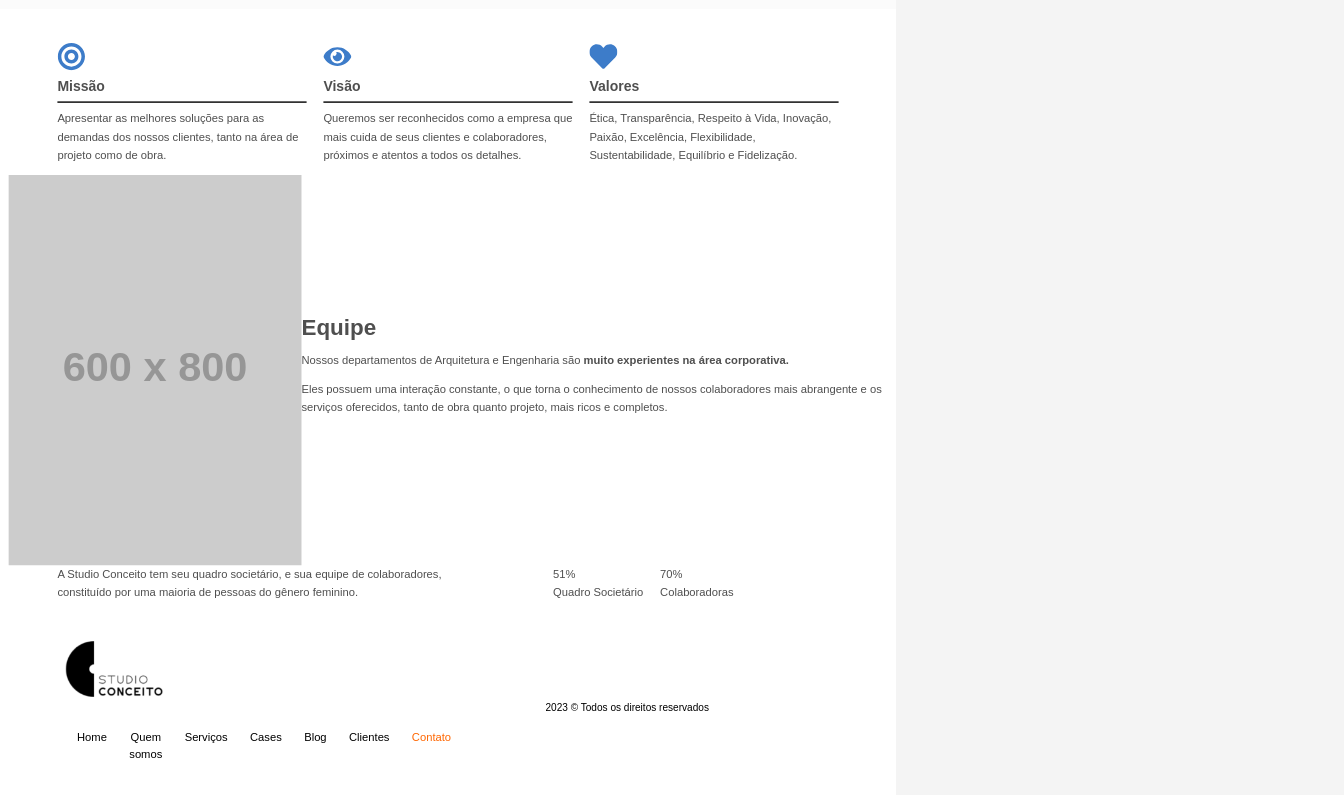
Repository: Upstairs-Agencia/studio-conceito-react
Page: /quem-somos
An editor plug-in stored every save of this project. The page is shown before and after the next save, followed by the edit.
The browser window is 1280 px wide. The page is 1920 px wide, so the pictures cover 1920 px, including what lies to the right of the window. The pictures show the part of the page from y = 2147 to 3427 px (the page is 3283 px tall before and 3675 px after), at 70% of full size.
The project was rebuilt for these pictures with package versions that can differ from the ones it lists, and the page was loaded fresh each time. Also part of the build but not shown: src/pages/Home.js, src/pages/Servicos.js, src/styles/cases.css, src/pages/Cases.js, src/pages/Blog.js, src/pages/Clientes.js, src/pages/Contato.js.

Above is the page before, as saved 2024-12-29 12:46:11.

### public/index.html
<!DOCTYPE html>
<html lang="en">
  <head>
    <meta charset="utf-8" />
    <link rel="icon" href="%PUBLIC_URL%/favicon.ico" />
    <meta name="viewport" content="width=device-width, initial-scale=1" />
    <meta name="theme-color" content="#000000" />
    <meta
      name="description"
      content="Web site created using create-react-app"
    />
    <link rel="apple-touch-icon" href="%PUBLIC_URL%/logo192.png" />
    <!--
      manifest.json provides metadata used when your web app is installed on a
      user's mobile device or desktop. See https://developers.google.com/web/fundamentals/web-app-manifest/
    -->
    <link rel="manifest" href="%PUBLIC_URL%/manifest.json" />
    <!--
      Notice the use of %PUBLIC_URL% in the tags above.
      It will be replaced with the URL of the `public` folder during the build.
      Only files inside the `public` folder can be referenced from the HTML.

      Unlike "/favicon.ico" or "favicon.ico", "%PUBLIC_URL%/favicon.ico" will
      work correctly both with client-side routing and a non-root public URL.
      Learn how to configure a non-root public URL by running `npm run build`.
    -->
    <title>Studio Conceito</title>
  </head>
  <body>
    <noscript>You need to enable JavaScript to run this app.</noscript>
    <div id="root"></div>
    <!--
      This HTML file is a template.
      If you open it directly in the browser, you will see an empty page.

      You can add webfonts, meta tags, or analytics to this file.
      The build step will place the bundled scripts into the <body> tag.

      To begin the development, run `npm start` or `yarn start`.
      To create a production bundle, use `npm run build` or `yarn build`.
    -->
  </body>
</html>

### src/index.js

import React from 'react';
import ReactDOM from 'react-dom';
import App from './App';
import 'mdb-react-ui-kit/dist/css/mdb.min.css'; // MDB styles
import './index.css'; // Global styles

ReactDOM.render(
  <React.StrictMode>
    <App />
  </React.StrictMode>,
  document.getElementById('root')
);

### src/App.js

import React from 'react';
import { BrowserRouter as Router, Routes, Route } from 'react-router-dom';
import Home from './pages/Home';
import QuemSomos from './pages/QuemSomos';
import Servicos from './pages/Servicos';
import Cases from './pages/Cases';
import Blog from './pages/Blog';
import Clientes from './pages/Clientes';
import Contato from './pages/Contato';

function App() {
  return (
    <Router>
      <Routes>
        <Route path="/" element={<Home />} />
        <Route path="/quem-somos" element={<QuemSomos />} />
        <Route path="/servicos" element={<Servicos />} />
        <Route path="/cases" element={<Cases />} />
        <Route path="/blog" element={<Blog />} />
        <Route path="/clientes" element={<Clientes />} />
        <Route path="/contato" element={<Contato />} />
      </Routes>
    </Router>
  );
}

export default App;

### src/index.css

body {
  margin: 0;
  font-family: Arial, sans-serif;
  background-color: #f4f4f4;
}

### src/pages/QuemSomos.js
import React from "react";
import Navbar from "../components/navbar"; // Importando o componente Navbar
import { MDBContainer, MDBRow, MDBCol } from "mdb-react-ui-kit";
import { FaBullseye, FaEye, FaHeart } from "react-icons/fa";

import Footer from "../components/footer";
import "../styles/quemsomos.css";

export default function QuemSomos() {
  return (
    <>
      {/* Navbar */}
      <Navbar />

      {/* Seção de cabeçalho do quem somos */}
      <section className="bg-black text-white py-5">
        <MDBContainer>
          <MDBRow className="align-items-center">
            <MDBCol md="6">
              <h1 className="fw-bold">Quem somos</h1>
            </MDBCol>
            <MDBCol md="6" className="text-end">
              <img
                src="https://placehold.co/200x150" // Imagem maior para seguir o padrão original
                alt="Padrão gráfico"
                style={{ maxWidth: "200px", marginRight: "4rem" }}
              />
            </MDBCol>
          </MDBRow>
        </MDBContainer>
      </section>

      {/* Quem Somos Section */}
      <section className="py-5 ">
        <MDBContainer>
          <MDBRow className="align-items-center">
            <MDBCol md="6">
              <img
                src="https://via.placeholder.com/600x400"
                alt="Studio Conceito"
                className="img-fluid"
              />
            </MDBCol>
            <MDBCol md="6">
              <h2 className="fw-bold mb-4">Studio Conceito</h2>
              <p>
                A Studio Conceito Arquitetura foi{" "}
                <strong>fundada em 2009</strong> e conta com uma equipe
                altamente capacitada e com grande experiência na área
                corporativa.
              </p>
              <p>
                O <strong>Atendimento Personalizado</strong> é o grande foco de
                nossa empresa, visando sempre garantir a satisfação e a
                consequente fidelização de nossos clientes.
              </p>
            </MDBCol>
          </MDBRow>
        </MDBContainer>
        <img
          src="https://via.placeholder.com/1920x200"
          alt="Studio Conceito"
          className="imagemfundo"
        />
      </section>

      {/* Sócios Section */}
      <section className="py-5 socios text-white">
        <MDBContainer>
          <h1 className="text-left titulosocios fw-bold mb-5">Sócios</h1>
          <MDBRow className="text-center">
            <MDBCol md="6" className="mb-4">
              <div className="team-member">
                <img
                  src="https://via.placeholder.com/400x400"
                  alt="Arq. Cristina Castilho"
                  className="img-fluid mb-2"
                />
                <h4 className="fw-bold">Arq. Cristina Castilho</h4>
                <p>CEO | Sócia fundadora</p>
              </div>
            </MDBCol>
            <MDBCol md="6" className="mb-4">
              <div className="team-member">
                <img
                  src="https://via.placeholder.com/400x400"
                  alt="Arq. Gabriel Castilho"
                  className="img-fluid mb-2"
                />
                <h4 className="fw-bold">Arq. Gabriel Castilho</h4>
                <p>COO | Sócio fundador</p>
              </div>
            </MDBCol>
          </MDBRow>
        </MDBContainer>
      </section>

      {/* Atendemos em todo Brasil Section */}
      <section className="py-5 bg-light">
        <MDBContainer>
          <MDBRow className="align-items-center">
            <MDBCol md="6" className="title-container">
              <h1 className="atendemos-title">Atendemos</h1>
              <h1 className="brasil-title">em todo Brasil</h1>
            </MDBCol>
            <MDBCol md="6">
              <p className="text-large">
                Com uma equipe multidisciplinar e altamente capacitada, composta
                por arquitetos, engenheiros e designers, apresentamos as
                melhores soluções para as demandas de nossos clientes, tanto na
                área de <span className="fw-bold">projeto</span> como de{" "}
                <span className="fw-bold">obra</span>.
              </p>
              <p className="text-large">
                Adequamos nossos times às necessidades de cada solicitação,
                sejam elas projetos, gerenciamento e execução de obra. Do início
                ao fim, ficamos ao lado do cliente{" "}
                <span className="fw-bold">cuidando de todos os detalhes!</span>
              </p>
            </MDBCol>
          </MDBRow>
        </MDBContainer>
      </section>

      {/* Missão, Visão e Valores Section */}
      <section className="py-5 bg-white">
        <MDBContainer>
          <MDBRow className="text-center mission-row">
            <MDBCol md="4" className="mission-col">
              <div className="icon-container">
                <FaBullseye size={40} color="#3d7cc9" />
              </div>
              <h5 className="fw-bold">Missão</h5>
              <div className="divider"></div>
              <p>
                Apresentar as melhores soluções para as demandas dos nossos
                clientes, tanto na área de projeto como de obra.
              </p>
            </MDBCol>
            <MDBCol md="4" className="mission-col">
              <div className="icon-container">
                <FaEye size={40} color="#3d7cc9" />
              </div>
              <h5 className="fw-bold">Visão</h5>
              <div className="divider"></div>
              <p>
                Queremos ser reconhecidos como a empresa que mais cuida de seus
                clientes e colaboradores, próximos e atentos a todos os
                detalhes.
              </p>
            </MDBCol>
            <MDBCol md="4" className="mission-col">
              <div className="icon-container">
                <FaHeart size={40} color="#3d7cc9" />
              </div>
              <h5 className="fw-bold">Valores</h5>
              <div className="divider"></div>
              <p>
                Ética, Transparência, Respeito à Vida, Inovação, Paixão,
                Excelência, Flexibilidade, Sustentabilidade, Equilíbrio e
                Fidelização.
              </p>
            </MDBCol>
          </MDBRow>
        </MDBContainer>

        {/* Equipe Section */}
        <section className="equipe-section">
          <MDBContainer fluid className="d-flex align-items-center">
            <MDBCol md="4" className="p-0">
              <img
                src="https://via.placeholder.com/600x800"
                alt="Equipe"
                className="img-fluid equipe-image"
              />
            </MDBCol>
            <MDBCol
              md="8"
              className="d-flex flex-column justify-content-center equipe-text"
            >
              <h2 className="fw-bold text-left mb-3">Equipe</h2>
              <p className="text-left">
                Nossos departamentos de Arquitetura e Engenharia são{" "}
                <strong>muito experientes na área corporativa.</strong>
              </p>
              <p className="text-left">
                Eles possuem uma interação constante, o que torna o conhecimento
                de nossos colaboradores mais abrangente e os serviços
                oferecidos, tanto de obra quanto projeto, mais ricos e
                completos.
              </p>
            </MDBCol>
          </MDBContainer>
        </section>

        {/* Diversidade Section */}
        <section className="diversidade-section">
          <MDBContainer className="d-flex align-items-center justify-content-between">
            <MDBCol md="6" className="d-flex flex-column diversidade-text">
              <p className="text-left">
                A Studio Conceito tem seu quadro societário, e sua equipe de
                colaboradores, constituído por uma{" "}
                <span className="destaque">
                  maioria de pessoas do gênero feminino.
                </span>
              </p>
            </MDBCol>
            <MDBCol md="6" className="d-flex justify-content-center gap-4">
              {/* Gráfico Quadro Societário */}
              <div className="grafico-container">
                <div className="grafico"></div>
                <span className="grafico-percentual">51%</span>
                <p className="grafico-label">Quadro Societário</p>
              </div>

              {/* Gráfico Colaboradoras */}
              <div className="grafico-container">
                <div className="grafico"></div>
                <span className="grafico-percentual">70%</span>
                <p className="grafico-label">Colaboradoras</p>
              </div>
            </MDBCol>
          </MDBContainer>
        </section>

        <Footer />
      </section>
    </>
  );
}

### src/components/navbar.js
import React, { useState } from "react";

import Logo from "../images/logoBlack.png";

import {
  MDBNavbar,
  MDBNavbarBrand,
  MDBContainer,
} from "mdb-react-ui-kit";
import { FaLinkedin, FaInstagram, FaPinterest, FaBars } from "react-icons/fa";
import { IoIosClose } from "react-icons/io";
import { Link } from "react-router-dom";

import SeloGptw from "../images/selo-gptw.png";

const Navbar = () => {
  const [showMenu, setShowMenu] = useState(false);

  return (
    <>
      {/* Navbar */}
      <MDBNavbar dark bgColor="white" className="py-4 px-5">
        <MDBContainer fluid className="d-flex justify-content-between align-items-center">
          {/* Logo */}
          <MDBNavbarBrand href="#" className="ms-5">
            <img
              src={Logo}
              alt="Logo"
              style={{ maxHeight: "90px", marginLeft: "12vw"}}
            />
          </MDBNavbarBrand>

          {/* Social Icons and Menu Toggle */}
          <div className="d-flex align-items-center">
            {/* Social Icons */}
            <div className="d-flex gap-3 me-3">
              <button className="btn btn-light rounded-circle p-2">
                <FaLinkedin size={30} />
              </button>
              <button className="btn btn-light rounded-circle p-2">
                <FaInstagram size={30} />
              </button>
              <button className="btn btn-light rounded-circle p-2">
                <FaPinterest size={30} />
              </button>
            </div>

            {/* FaBars Icon for Sidebar */}
            <button
              className="btn rounded-circle p-2"
              style={{
                background: "none",
                border: "none",
                cursor: "pointer",
              }}
              onClick={() => setShowMenu(!showMenu)}
            >
              <FaBars size={20} color="black" />
            </button>
          </div>
        </MDBContainer>
      </MDBNavbar>

      {/* Sidebar Menu */}
      {showMenu && (
        <div
          className="position-fixed top-0 end-0 bg-white vh-100 vw-350 shadow-lg d-flex flex-column"
          style={{ zIndex: 1050, width: "500px" }}
        >
          <div className="d-flex justify-content-end p-3">
            {/* Close Button */}
            <button
              className="p-0"
              style={{
                background: "none",
                border: "none",
                cursor: "pointer",
              }}
              onClick={() => setShowMenu(false)}
            >
              <IoIosClose size={40} />
            </button>
          </div>





          <div className="p-4 flex-grow-1">
            {/* Menu Items */}
            <ul className="list-unstyled">
              {[
                { label: "Home", link: "/" },
                { label: "Quem somos", link: "/quem-somos" },
                { label: "Serviços", link: "/servicos" },
                { label: "Cases", link: "/cases" },
                { label: "Blog", link: "/blog" },
                { label: "Clientes", link: "/clientes" },
                { label: "Contato", link: "/contato" },
              ].map((item, index) => (
                <li key={index} className="py-2">
                  <Link
                    to={item.link}
                    className="text-decoration-none fs-6"
                    style={{
                      transition: "all 0.3s ease-in-out", // Transição suave
                      color:"black"
                    }}
                    onMouseOver={(e) => {
                      e.currentTarget.style.color = "#FF7F30"; // Altera a cor
                      e.currentTarget.style.fontWeight = "bold"; // Negrito
                    }}
                    onMouseOut={(e) => {
                      e.currentTarget.style.color = "black"; // Retorna à cor original
                      e.currentTarget.style.fontWeight = "normal"; // Retira o negrito
                    }}
                  >
                    {item.label}
                  </Link>
                </li>
              ))}
            </ul>
          </div>



          {/* Footer Section */}
          <div className="d-flex justify-content-between align-items-center px-4 pb-4">
            {/* Social Icons */}
            <div className="d-flex gap-3">
              <button className="btn btn-dark rounded-circle p-2">
                <FaLinkedin size={20} color="white" />
              </button>
              <button className="btn btn-dark rounded-circle p-2">
                <FaInstagram size={20} color="white" />
              </button>
              <button className="btn btn-dark rounded-circle p-2">
                <FaPinterest size={20} color="white" />
              </button>
            </div>

            {/* Placeholder Image */}
            <img
              src={SeloGptw}
              alt="Great Place to Work"
              style={{ maxHeight: "200px", marginBottom: "4rem" }}
            />
          </div>
        </div>
      )}
    </>
  );
};

export default Navbar;

### src/components/footer.js
import React from "react";
import { MDBFooter, MDBContainer, MDBRow, MDBCol } from "mdb-react-ui-kit";
import Logo from "../images/logoBlack.png";
import "../styles/footer.css";

const Footer = () => {
  return (
    <MDBFooter className="footer-container text-center text-white">
      <MDBContainer className="p-4 footer-content">

        <MDBRow className="content-signature">
            {/* Logo e Nome */}
            <MDBCol md="4" className="mb-4 footer-left">
                <img
                    src={Logo}
                    alt="Studio Conceito Logo"
                    className="footer-logo"
                />

                {/* Navegação */}
                <MDBCol md="4" className="mb-3 footer-center">
                    <nav className="footer-nav">
                        <a href="/">Home</a>
                        <a href="/quem-somos"> Quem somos </a>
                        <a href="/servicos">Serviços</a>
                        <a href="/cases">Cases</a>
                        <a href="/blog">Blog</a>
                        <a href="/clientes">Clientes</a>
                        <a href="/contato" className="footerHighlight">
                            Contato
                        </a>
                    </nav>
                </MDBCol>

            </MDBCol>

            {/* Direitos Reservados */}
            <MDBCol md="4" className="mb-4 footer-right">
                <p className="mb-0">2023 &copy; Todos os direitos reservados</p>
            </MDBCol>

        </MDBRow>



      </MDBContainer>
    </MDBFooter>
  );
};

export default Footer;

### src/styles/quemsomos.css
.socios{
    background-color: #000;
}

.titulosocios{
    margin-left: 7rem;
}

/* Título: Atendemos em todo Brasil */
.title-container {
    text-align: left;
  }

  .atendemos-title {
    font-size: 2.5rem;
    font-weight: normal;
    color: #000;
  }

  .brasil-title {
    font-size: 2.5rem;
    font-weight: bold;
    color: #000;
    margin-top: -10px; /* Para aproximar os textos */
  }

  /* Texto em letras maiores */
  .text-large {
    font-size: 1.2rem;
    line-height: 1.8;
    text-align: left;
  }

  /* Missão, Visão e Valores */
  .mission-row {
    justify-content: space-between;
  }

  .mission-col {
    text-align: left;
    max-width: 400px;
  }

  .icon-container {
    margin-bottom: 10px;
  }

  .divider {
    width: 100%;
    height: 2px;
    background-color: #000;
    margin: 10px auto;
  }

  /* Responsividade */
  @media (max-width: 768px) {
    .atendemos-title,
    .brasil-title {
      font-size: 2rem;
    }

    .text-large {
      font-size: 1rem;
    }

    .mission-col {
      max-width: 100%;
    }
  }

### src/styles/footer.css
.footer-container {
    background-color: white;
    height: 25vh !important; /* Ocupa 30% da altura da tela */
    display: flex;
    justify-content: center;
    align-items: center;
    color: black;
    font-family: Arial, sans-serif;
    margin: 1rem 0;
  }

  .footer-content {
    height: 100%; /* Garante que o conteúdo ocupe toda a altura do footer */
  }

  .content-signature{
    display: flex;
    flex-direction: row;
  }

  .footer-left {
    display: flex;
    flex-direction: column;
  }

  .footer-logo {
    max-width: 40%; /* Aumenta a imagem para 40% de seu tamanho */
    margin-bottom: 10px;
  }


  .footer-center {
    text-align: center;
    margin: 2rem 0;
  }

  .footer-nav{
    display: flex;
    flex-direction: row;
    justify-content: space-around;
    width:35vw;

  }

  .footerHighlight {
    color: #ff6600 !important;
  }

  .footer-nav a {
    margin: 1px 1rem;
    text-decoration: none;
    color: #000;
    font-size: 1rem;
    transition: color 0.3s ease;
  }

  .footer-nav a:hover {
    color: #ff6600;
  }



  .footer-right {
    text-align: center;
    display: flex;
    justify-content: center;
    align-items: center;
    margin-left: 20vw;
    font-size: 0.9rem;
    color: #000;
  }

After the next save:
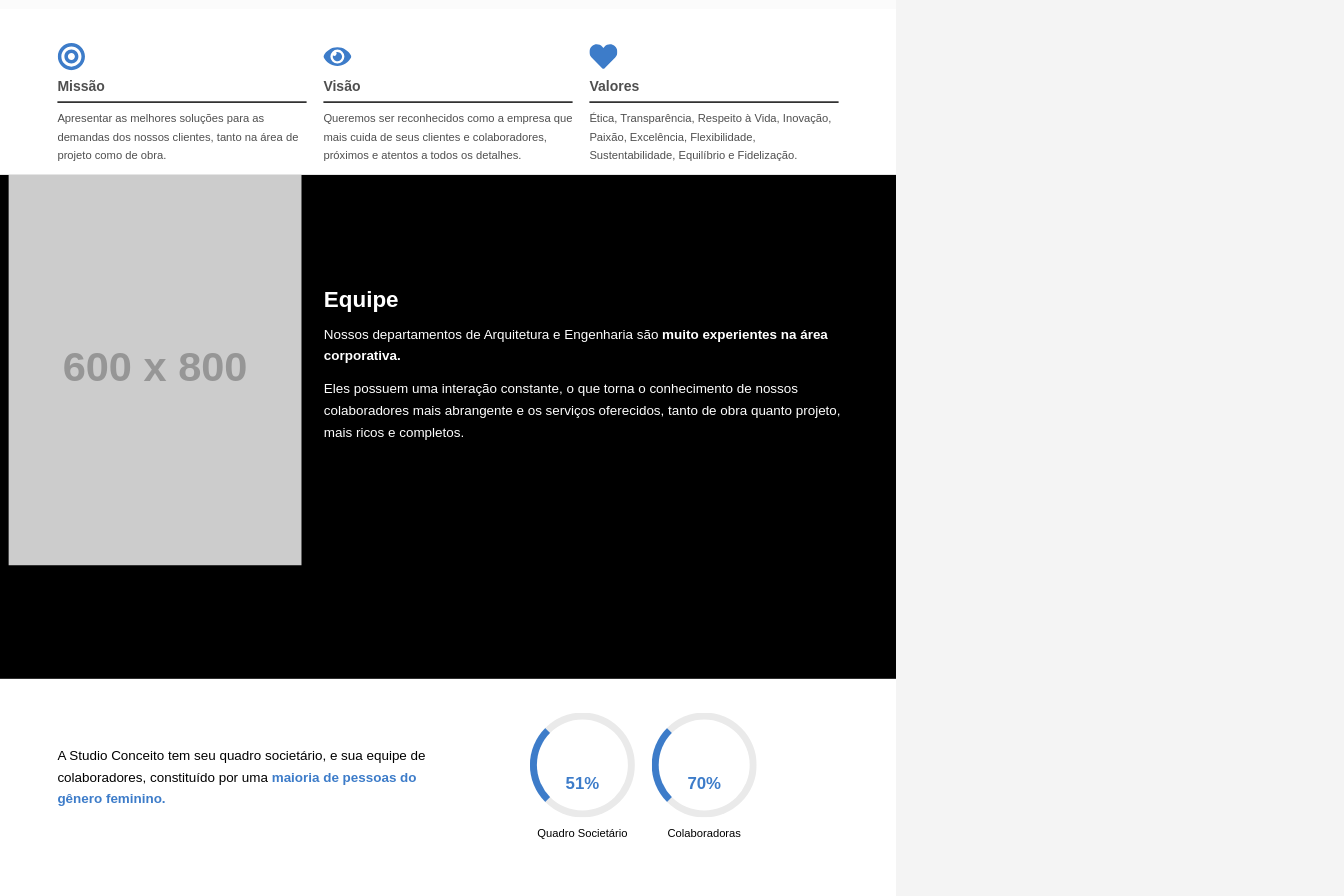
Saved 13 s later.
--- a/src/styles/quemsomos.css
+++ b/src/styles/quemsomos.css
@@ -52,6 +52,79 @@
     margin: 10px auto;
   }
 
+  /* Equipe Section */
+.equipe-section {
+    background-color: #000;
+    color: #fff;
+    height: 100vh;
+  }
+
+  .equipe-image {
+    object-fit: cover;
+    height: 100%;
+    width: 100%;
+  }
+
+  .equipe-text {
+    padding: 0 2rem;
+  }
+
+  .equipe-text h2 {
+    font-size: 2rem;
+  }
+
+  .equipe-text p {
+    font-size: 1.2rem;
+  }
+
+  /* Diversidade Section */
+  .diversidade-section {
+    background-color: #fff;
+    color: #000;
+    padding: 3rem 0;
+  }
+
+  .diversidade-text p {
+    font-size: 1.2rem;
+  }
+
+  .diversidade-text .destaque {
+    color: #3d7cc9;
+    font-weight: bold;
+  }
+
+  /* Gráficos */
+  .grafico-container {
+    position: relative;
+    text-align: center;
+  }
+
+  .grafico {
+    width: 150px;
+    height: 150px;
+    border-radius: 50%;
+    border: 10px solid #eaeaea;
+    border-top: 10px solid #3d7cc9;
+    transform: rotate(-90deg);
+    margin: 0 auto;
+  }
+
+  .grafico-percentual {
+    position: absolute;
+    top: 50%;
+    left: 50%;
+    transform: translate(-50%, -50%);
+    color: #3d7cc9;
+    font-weight: bold;
+    font-size: 1.5rem;
+  }
+
+  .grafico-label {
+    margin-top: 10px;
+    font-size: 1rem;
+  }
+
+
   /* Responsividade */
   @media (max-width: 768px) {
     .atendemos-title,
